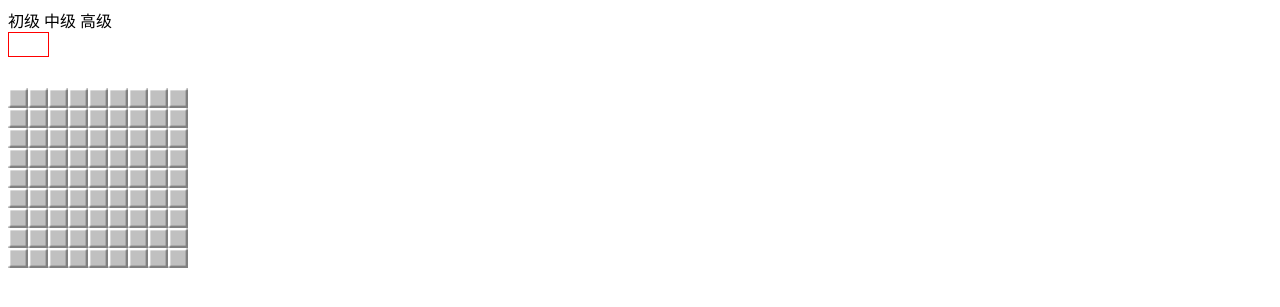
Repository: vLinv/MineSweeper
Page: index.html
An editor plug-in stored every save of this project. The page is shown before and after the next save, followed by the edit.
The browser window is 1280 px wide. The pictures show the whole page.

Above is the page before, as saved 2022-02-18 11:45:19.

### index.html
<!DOCTYPE html>
<html lang="en">

<head>
  <meta charset="UTF-8">
  <meta http-equiv="X-UA-Compatible" content="IE=edge">
  <meta name="viewport" content="width=device-width, initial-scale=1.0">
  <title>MineSweeper</title>
</head>

<body>
  <div class="level_select">
    <span onclick="changeLevel('primary')">初级</span>
    <span onclick="changeLevel('intermediate')">中级</span>
    <span onclick="changeLevel('advanced')">高级</span>
  </div>
  <div class="game_wrap">
    <div class="header_wrap">
      <canvas id="mineNumCanvas" width="39" height="23" style="border: 1px solid red;"></canvas>
      <div class="face_btn"></div>
      <canvas id="timeCanvas" width="39" height="23"></canvas>
    </div>
    <div class="section_wrap">
      <canvas id="canvas" width="180" height="180"></canvas>
    </div>
  </div>
  <script>
    /** @type {HTMLCanvasElement} */
    // 游戏canvas
    const canvasNode = document.getElementById('canvas')
    const ctx = canvasNode.getContext('2d')
    // mineNum与timer Canvas
    const mineNumNode = document.getElementById('mineNumCanvas')
    const timerNode = document.getElementById('timeCanvas')
    const mineNumCtx = mineNumNode.getContext('2d')
    const timerCtx = timerNode.getContext('2d')

    // 存储图片路径（name, url）
    const imgArr = new Map();
    // 存储已加载好的图片 (name, img)
    const imgArrElement = new Map();
    // 资源是否加载完成
    let sourceInit = false;

    let mineSweeper = null;

    const MAP_LEVEL = {
      'primary': {
        mapSize: [9, 9],
        mineNum: 10
      },
      'intermediate': {
        mapSize: [16, 16],
        mineNum: 40
      },
      'advanced': {
        mapSize: [16, 30],
        mineNum: 90
      }
    }

    function initImage() {
      imgArr.set('ask', './img/ask.gif')
      imgArr.set('blank', './img/blank.gif')
      imgArr.set('blood', './img/blood.gif')
      imgArr.set('flag', './img/flag.gif')
      imgArr.set('mine', './img/mine.gif')
      for (let i = 0; i <= 8; i++) {
        imgArr.set(i, './img/' + i + '.gif')
      }
      for (let i = 0; i <= 9; i++) {
        imgArr.set('num_' + i, './img/num_' + i + '.jpg');
      }
      const loadImage = (url) => {
        return new Promise((reslove) => {
          let img = new Image();
          img.onload = () => reslove(img)
          img.src = url
        })
      }
      const promiseArr = [];
      // 获取所有图片的promise对象并使用promise.all进行加载
      [...imgArr.keys()].forEach(e => {
        promiseArr.push(loadImage(imgArr.get(e)))
      });
      sourceInit = true;
      return Promise.all(promiseArr)
    }

    // 开始游戏
    async function startGame() {
      if (!sourceInit) {
        const res = await initImage()
        const keys = [...imgArr.keys()];
        res.forEach((item, index) => {
          imgArrElement.set(String(keys[index]), item)
        })
      }
      mineSweeper = new MineSweeper();
      mineSweeper.initGame();
    }

    class MineSweeper {
      constructor() {
        this.level = 'primary'
        this.map = [];
        this.mapSizeX = 0;
        this.mapSizeY = 0;
        this.mineNum = 0;
        this.bombList = [];
        this.flagList = [];
        this.problemList = [];
        this.isGameOver = false;
        this.mineNumCanvas = mineNumCtx;
        this.timerCanvas = timerCtx;
      }

      initGame() {
        const {
          mapSize,
          mineNum
        } = MAP_LEVEL[this.level]
        this.mapSizeX = mapSize[0];
        this.mapSizeY = mapSize[1];
        this.mineNum = mineNum;
        this.buildMap();
        this.buildBomb();
        this.drawMap();
        this.drawGameInfo(this.mineNum, this.mineNumCanvas);
      }

      buildMap() {
        for (let i = 0; i < this.mapSizeY; i++) {
          this.map.push(new Array(this.mapSizeX).fill(-1))
        }
      }

      buildBomb() {
        let curBomb = 0;
        while (curBomb < this.mineNum) {
          let xPos = Number.parseInt(Math.random() * this.mineNum);
          let yPos = Number.parseInt(Math.random() * this.mineNum);
          if (this.bombList.find(item => {
              return xPos === item[0] && yPos === item[1]
            }) === undefined) {
            this.bombList.push([xPos, yPos])
            curBomb++;
          }
        }
      }
      // 绘制
      drawMap() {
        const blankImg = imgArrElement.get('blank')
        const flag = imgArrElement.get('flag')

        for (let i = 0; i < this.mapSizeX; i++) {
          for (let j = 0; j < this.mapSizeY; j++) {
            if (this.map[i][j] === -1) {
              ctx.drawImage(blankImg, 0, 0, blankImg.width, blankImg.height, 20 * i, 20 * j, 20, 20)
            } else if (this.map[i][j] >= 0) {
              const numImg = imgArrElement.get(this.map[i][j] + '')
              ctx.drawImage(numImg, 0, 0, numImg.width, numImg.height, 20 * i, 20 * j, 20, 20)
            }
            if (this.posInflagList(i, j) !== -1) {
              ctx.drawImage(flag, 0, 0, flag.width, flag.height, 20 * i, 20 * j, 20, 20)
            }
          }
        }
      }

      drawAllBomb(xPos, yPos) {
        const blood = imgArrElement.get('blood')
        const mine = imgArrElement.get('mine')
        // 绘制所有地雷
        this.bombList.forEach(e => {
          if (e[0] === xPos && e[1] === yPos) {
            ctx.drawImage(blood, 0, 0, blood.width, blood.height, 20 * e[0], 20 * e[1], 20, 20)
          } else {
            ctx.drawImage(mine, 0, 0, mine.width, mine.height, 20 * e[0], 20 * e[1], 20, 20)
          }
        })
      }

      // 绘制地雷数与计时器
      drawGameInfo(num, ctx) {
        // 将num转换为3位数字
        const tmpArr = new Array(3).fill(0);
        const arr = [...num + '']
        while (arr.length < 3) {
          arr.unshift('0')
        }
        console.log(imgArrElement.get('num_' + arr[1]));
        for (let i = 0; i < 3; i++) {
          ctx.drawImage(imgArrElement.get('num_' + arr[i]), i * 13, 23)
        }
      }

      // 获取(xPos, yPos)周围八格位置
      getAroundGrid(xPos, yPos) {
        const pos = [-1, 0, 1];
        const around = [];
        for (let i = 0; i < pos.length; i++) {
          let tmpxPos = xPos + pos[i];
          // 边界
          if (tmpxPos < 0 || tmpxPos >= this.mapSizeX) {
            continue
          }
          for (let j = 0; j < pos.length; j++) {
            let tmpyPos = yPos + pos[j];
            if (tmpyPos < 0 || tmpyPos >= this.mapSizeY || (tmpxPos === xPos && tmpyPos === yPos)) {
              continue
            }
            around.push([tmpxPos, tmpyPos])
          }
        }
        return around;
      }

      // 点击(xPos, yPos)操作
      clickPos(xPos, yPos) {
        // 判断游戏是否结束
        if (this.posInBombList(xPos, yPos)) {
          this.gameOver(xPos, yPos);
          return;
        }
        const queue = []
        queue.push([xPos, yPos]);
        while (queue.length > 0) {
          let tmpNode = queue.shift()
          let tmpxPos = tmpNode[0],
            tmpyPos = tmpNode[1]
          // 该点为雷或已经打开则跳过
          if (this.posInBombList(tmpxPos, tmpyPos) || this.map[tmpxPos][tmpyPos] >= 0) {
            continue;
          }
          const around = this.getAroundGrid(tmpxPos, tmpyPos, this.map.length)
          // around中有几个雷
          let bombNum = 0
          around.forEach(x => {
            this.bombList.forEach(y => {
              if (x[0] === y[0] && x[1] === y[1]) {
                bombNum++;
              }
            })
          })
          this.map[tmpxPos][tmpyPos] = bombNum;
          // 如果周围没有雷，则继续打开周围坐标
          if (bombNum === 0) {
            queue.push(...around)
          }
        }
        this.drawMap()
      }

      // 游戏结束操作
      gameOver(xPos, yPos) {
        this.drawAllBomb(xPos, yPos)
        this.isGameOver = true;
      }

      // (xPos, yPos)是否为雷
      posInBombList(xPos, yPos) {
        // true: 存在
        return this.bombList.find(item => {
          return xPos === item[0] && yPos === item[1]
        }) !== undefined
      }

      // (xPos, yPos)是否被标记
      posInflagList(xPos, yPos) {
        return this.flagList.findIndex(item => {
          return xPos === item[0] && yPos === item[1]
        })
      }

      // 判断游戏是否胜利
      checkGameWin() {
        // 剩余未打开格子都存在于bombList中
        for (let i = 0; i < this.mapSizeX; i++) {
          for (let j = 0; j < this.mapSizeY; j++) {
            let tmpGrid = this.map[i][j]
            if (tmpGrid < 0 && !this.posInBombList(i, j)) {
              return false;
            }
          }
        }
        return true;
      }

      // 标记(xPos, yPos)
      signBomb(xPos, yPos) {
        const pos = this.posInflagList(xPos, yPos)
        if (pos !== -1) {
          this.flagList.splice(pos, 1)
        } else {
          this.flagList.push([xPos, yPos])
        }
        this.drawMap()
      }

      // 改变等级
      changeLevel(level) {

      }
    }

    // 监听点击事件
    document.addEventListener('click', e => {
      if (e.target !== canvas || mineSweeper.isGameOver) {
        return;
      }
      mineSweeper.clickPos(Number.parseInt(e.offsetX / 20), Number.parseInt(e.offsetY / 20))
    })

    // 监听右键事件
    document.oncontextmenu = e => {
      if (e.target !== canvas || mineSweeper.isGameOver) {
        return false;
      }
      const xPos = Number.parseInt(Number.parseInt(e.offsetX / 20)),
        yPos = Number.parseInt(Number.parseInt(e.offsetY / 20))
      mineSweeper.signBomb(xPos, yPos)
    };
    startGame();
  </script>
</body>

</html>

After the next save:
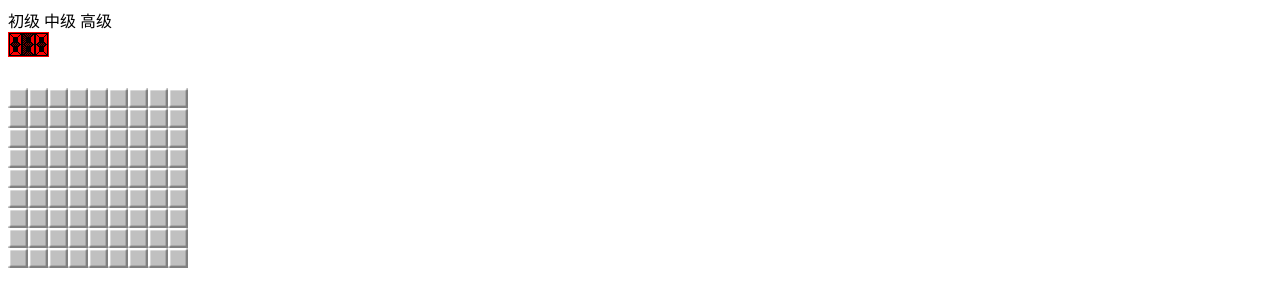
Saved 27 s later.
--- a/index.html
+++ b/index.html
@@ -191,7 +191,7 @@
         }
         console.log(imgArrElement.get('num_' + arr[1]));
         for (let i = 0; i < 3; i++) {
-          ctx.drawImage(imgArrElement.get('num_' + arr[i]), i * 13, 23)
+          ctx.drawImage(imgArrElement.get('num_' + arr[i]), i * 13, 0)
         }
       }
 
